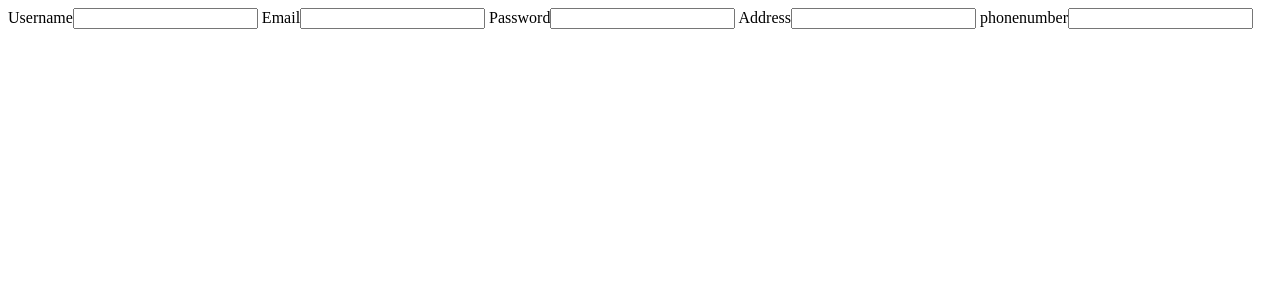
Repository: siddhesh999/SPRING-MVC
Page: http://localhost/springmvc/register.jsp
The author's editor kept a copy of each file at every save. The page is drawn from the files as they stood at one save, then again after the next save.
The browser window is 1280 px wide. The pictures show the whole page.
The page is served by Tomcat 9. Other server files are loaded and not shown.

Above is the page before, as saved 2022-01-07 07:18:23.

### springmvc/src/main/webapp/register.jsp
<%@ page language="java" contentType="text/html; charset=ISO-8859-1"
    pageEncoding="ISO-8859-1"%>
<!DOCTYPE html>
<html>
<head>
<meta charset="ISO-8859-1">
<title>Insert title here</title>
</head>
<body>
<form action="./register" method="post">

Username<input type="text" name="name">
Email<input type="email" name="email">
Password<input type="password" name="password">
Address<input type="text" name=" Address">
phonenumber<input type="number" name="contactNumber">


</form>
</body>
</html>

After the next save:
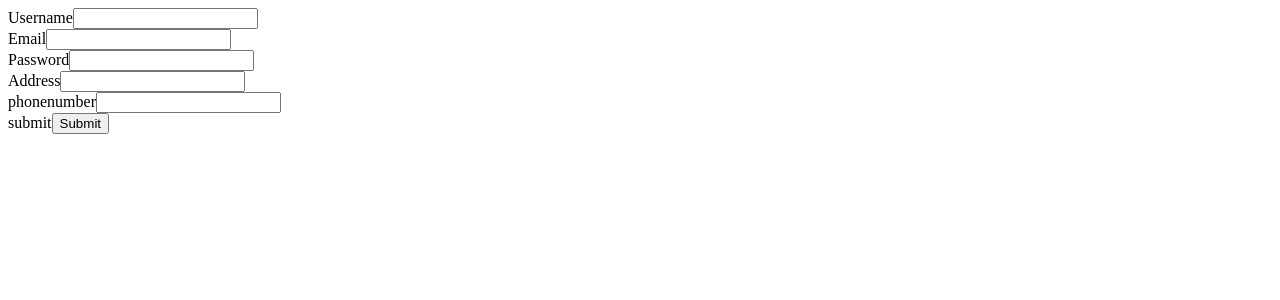
Saved 3 min 20 s later.
--- a/springmvc/src/main/webapp/register.jsp
+++ b/springmvc/src/main/webapp/register.jsp
@@ -9,11 +9,13 @@
 <body>
 <form action="./register" method="post">
 
-Username<input type="text" name="name">
-Email<input type="email" name="email">
-Password<input type="password" name="password">
-Address<input type="text" name=" Address">
-phonenumber<input type="number" name="contactNumber">
+Username<input type="text" name="name"><br>
+Email<input type="email" name="email"><br>
+Password<input type="password" name="password"><br>
+Address<input type="text" name=" Address"><br>
+phonenumber<input type="number" name="contactNumber"><br>
+
+submit<input type="submit" name="submit">
 
 
 </form>
